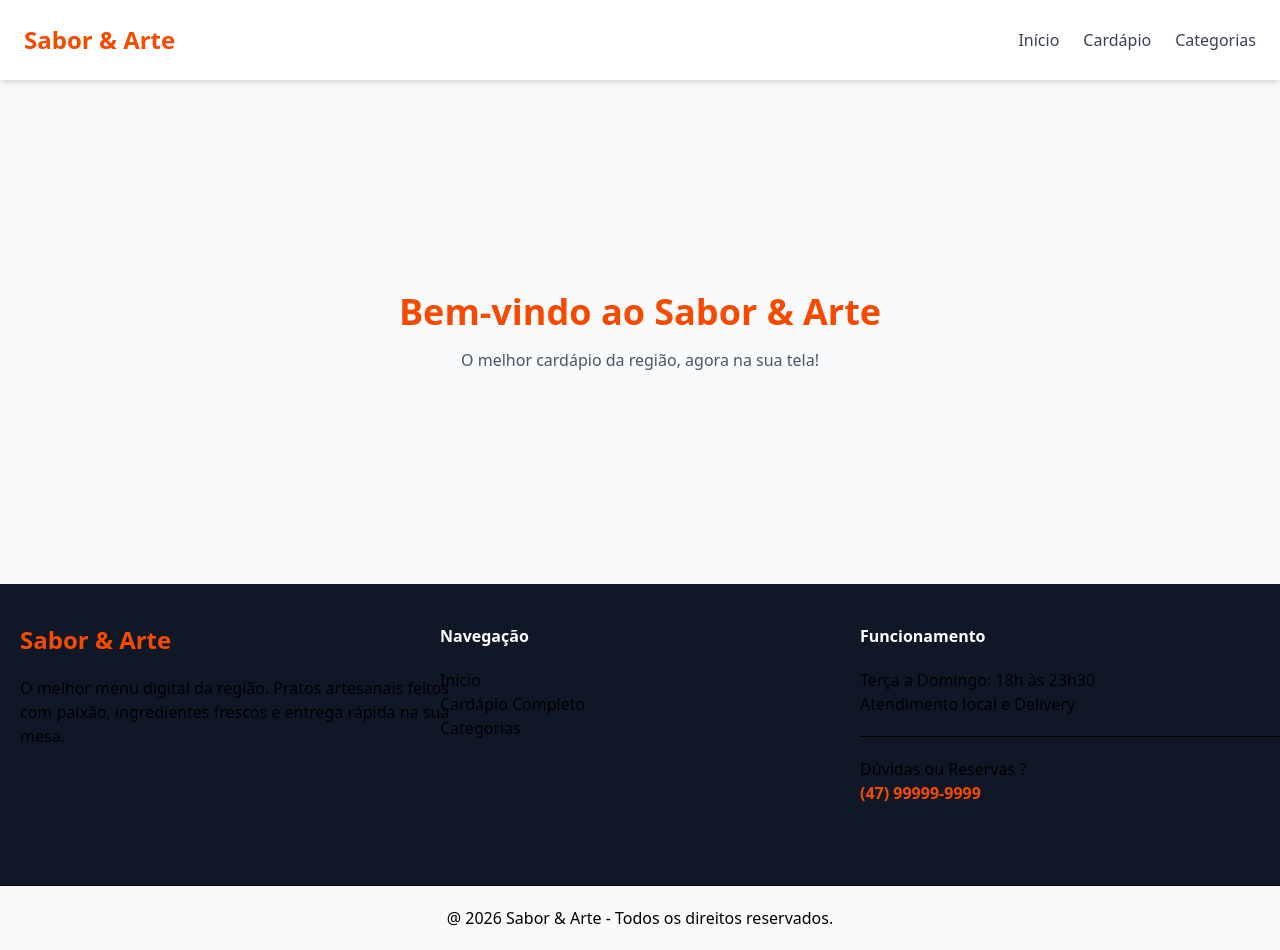
Repository: DiegoWWeege/pair-programming-next-js
Page: / (app in next-js-project/)
The author's editor kept a copy of each file at every save. The page is drawn from the files as they stood at one save, then again after the next save.
The browser window is 1280 px wide. The pictures show the whole page.
The project was rebuilt for these pictures with package versions that can differ from the ones it lists, and the page was loaded fresh each time. The framework's server and built-in components were replaced by stand-ins that run in the browser. Also part of the build but not shown: next-js-project/next.config.ts.

Above is the page before, as saved 2026-09-18 18:53:55.

### next-js-project/src/app/layout.tsx
import type { Metadata } from "next";
import "./globals.css";
import {Inter, Montserrat} from "next/font/google"
import NavBar from "@/components/NavBar";
import Footer from "@/components/Footer";

const inter = Inter({subsets: ["latin"], variable : "--font-inter"});

const montserrat = Montserrat({ subsets: ["latin"], variable: "--font-montserrat"})

export const metadata: Metadata = {
  title: "Menu Digital - Restaurante",
  description: "Desenvolvido por Diego e Cherpinski",
};

export default function RootLayout({ children }: LayoutProps<"/">) {
  return (
    <html
      lang="pt-br"
    >
      <body className="bg-gray-50 antialiased">
        <NavBar></NavBar>
        {children}
        <Footer/>

      </body>
    </html>
  );
}

### next-js-project/src/app/page.tsx
import Image from "next/image";
import Footer from "../components/Footer";
import NavBar from "@/components/NavBar";

export default function Home() {
  return (
    <div>
      <main className="flex flex-col items-center justify-center min-h-[70vh]">
        <h1 className="text-4xl font-bold text-orange-600 ">Bem-vindo ao Sabor & Arte</h1>
        <p className="mt-4 text-gray-600">O melhor cardápio da região, agora na sua tela!</p>
      </main>
    </div>
  );
}

### next-js-project/src/components/NavBar.tsx
import Link from "next/link";


export default function NavBar(){

    return (
        <nav className="flex items-center justify-between p-6 bg-white shadow-md">
            <h2 className="text-2xl font-bold text-orange-600">Sabor & Arte</h2>

            <div className="flex gap-6">
                <Link href= "/" className="text-gray-700 hover:text-orange-600 font-medium">Início</Link>

                <Link href= "/cardapio" className="text-gray-700 hover:text-orange-600 font-medium">Cardápio</Link>

                <Link href= "/categorias" className="text-gray-700 hover:text-orange-600 font-medium">Categorias</Link>
            </div>

        </nav>
    );
}

### next-js-project/src/components/Footer.tsx
import Link from "next/link"

export default function Footer(){

    return(

        <footer>
           <div className="grid grid-cols-3 bg pl-5 bg-[#101828] pt-10 pb-20">
                <div>
                    <h2 className="font-bold text-orange-600 text-2xl mb-5 ">
                        Sabor & Arte
                    </h2>

                    <p className="w-110">
                        O melhor menu digital da região. Pratos artesanais feitos com
                        paixão, ingredientes frescos e entrega rápida na sua mesa.
                    </p>
                </div>

                <div>
                    <h3 className = "text-white font-bold mb-5">
                        Navegação
                    </h3>

                    <Link className = "block" href="/">Inicio</Link>
                    <Link className = "block" href="/cardapio">Cardápio Completo</Link>
                    <Link className = "block" href="/categorias">Categorias</Link>
                </div>

                <div>
                    <h3 className="text-white font-bold mb-5">
                        Funcionamento
                    </h3>

                    <p className="mb-5 w-60">
                        Terça a Domingo: 18h às 23h30
                        Atendimento local e Delivery
                    </p>

                    <hr />

                    <p className="mt-5">
                        Dúvidas ou Reservas ?
                    </p>

                    <strong className="text-orange-600">
                        (47) 99999-9999
                    </strong>
                </div>

           </div>

            <hr />

           <div className = "flex items-center justify-center p-5 bg-[#0]">
                    <p>@ 2026 Sabor & Arte - Todos os direitos reservados.</p>
            </div>
        </footer>
    )

}

Loaded but not shown: next-js-project/src/app/globals.css (common file)

After the next save:
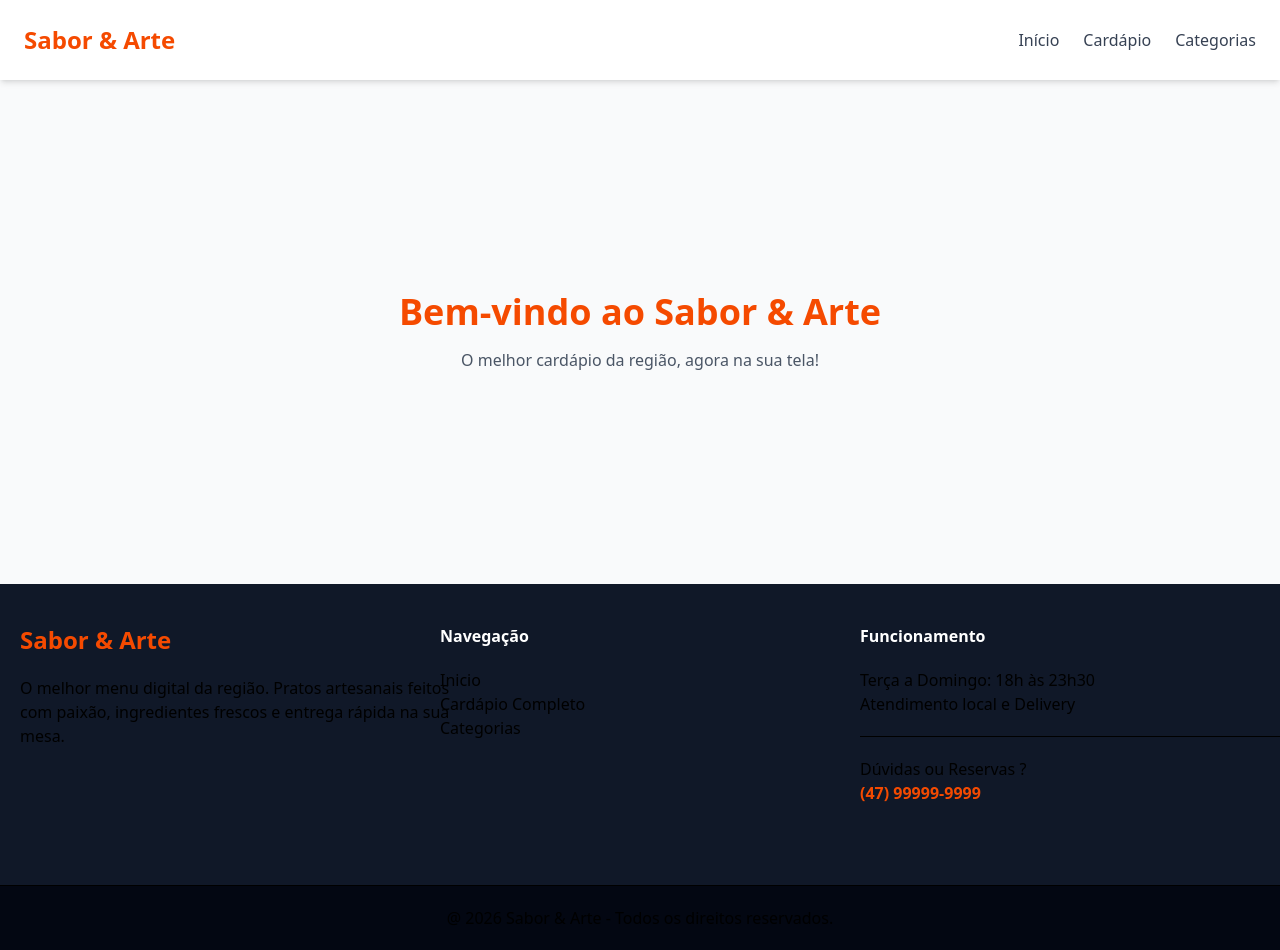
Saved 5 s later.
--- a/next-js-project/src/components/Footer.tsx
+++ b/next-js-project/src/components/Footer.tsx
@@ -52,7 +52,7 @@ export default function Footer(){
 
             <hr />
 
-           <div className = "flex items-center justify-center p-5 bg-[#0]">
+           <div className = "flex items-center justify-center p-5 bg-[#030712]">
                     <p>@ 2026 Sabor & Arte - Todos os direitos reservados.</p>
             </div>
         </footer>
